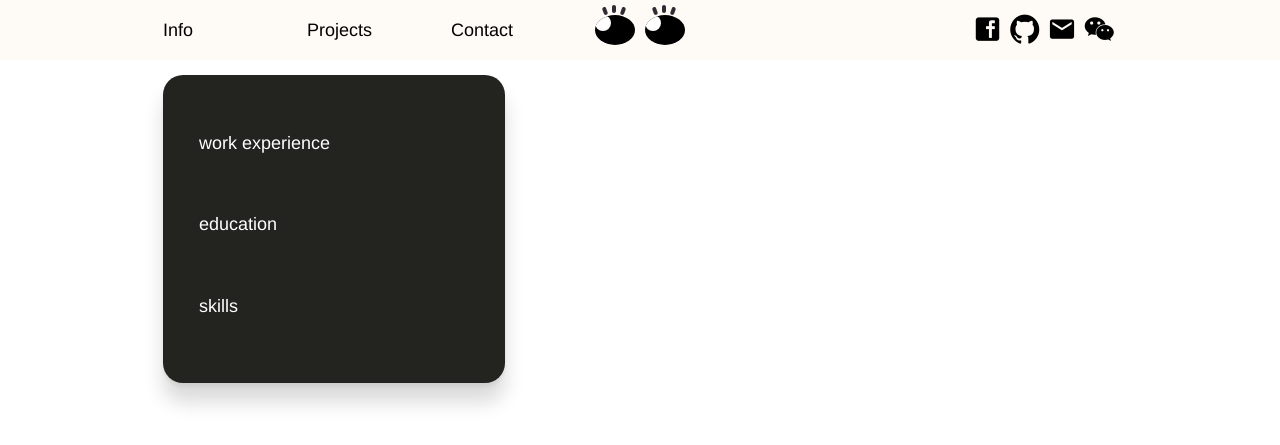
Repository: jinghuai8092/personal_website
Page: /
An editor plug-in stored every save of this project. The page is shown before and after the next save, followed by the edit.
The browser window is 1280 px wide. The pictures show the whole page.
The project was rebuilt for these pictures with package versions that can differ from the ones it lists, and the page was loaded fresh each time.

Above is the page before, as saved 2021-09-09 22:37:08.

After the next save:
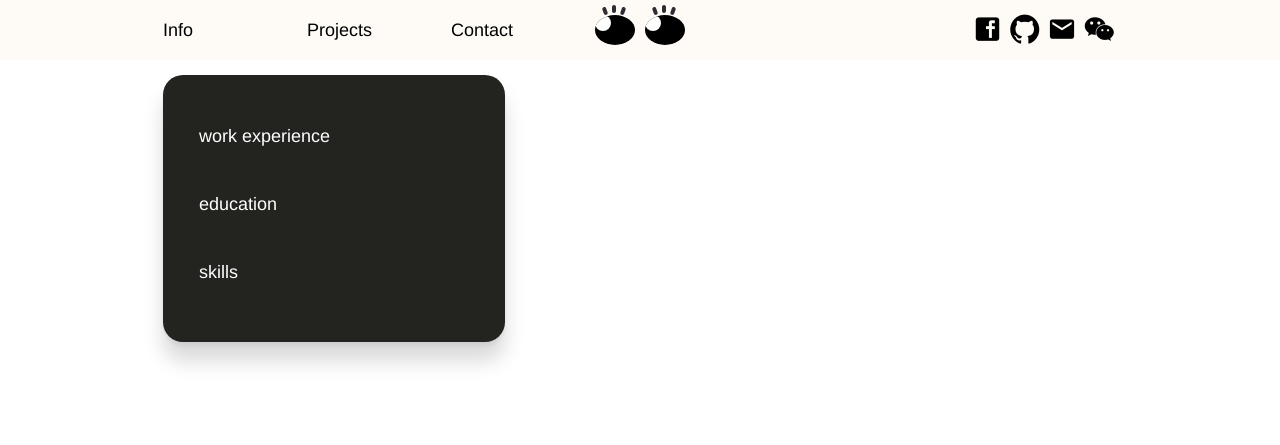
Saved 17 s later.
--- a/src/common/header/header.module.css
+++ b/src/common/header/header.module.css
@@ -92,7 +92,7 @@
     min-width: 15em;
 }
 .infoMenu>ul>li{
-    padding: .6em 0;
+    padding: 4px 0;
     color: #fff;
     font-size: 18px;
     position: relative;
